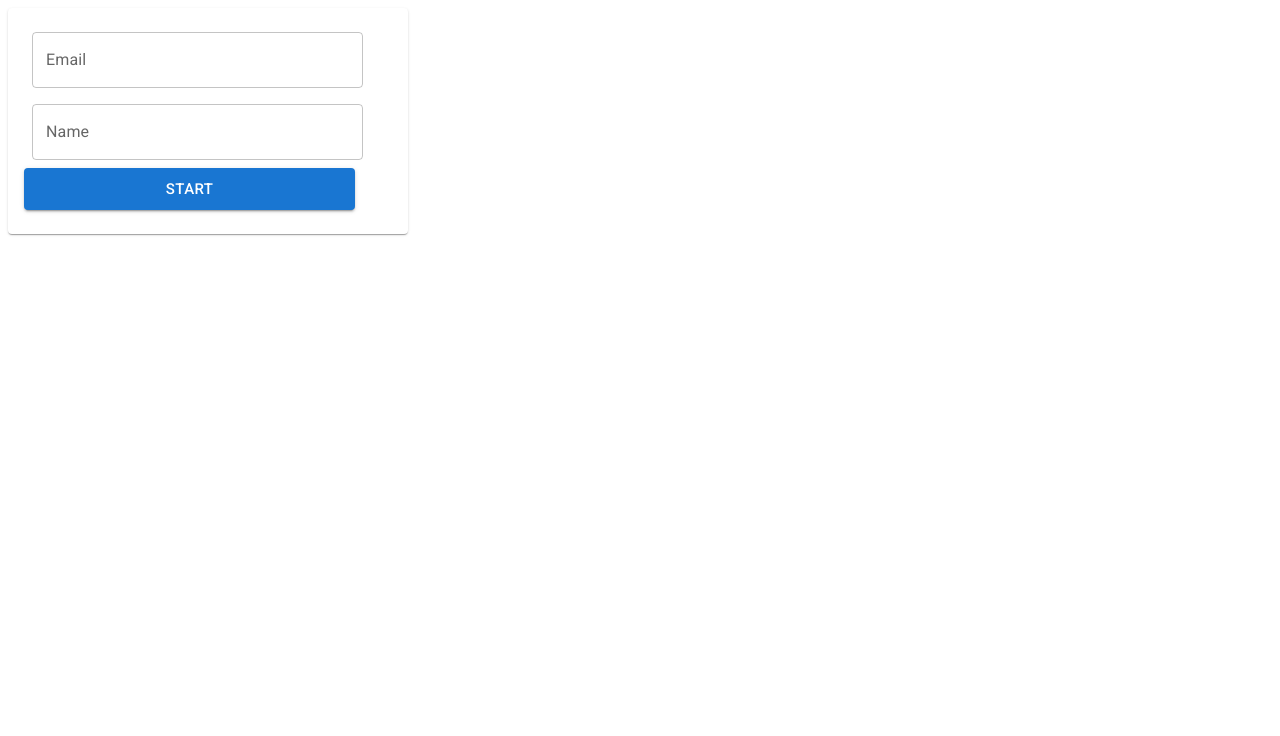
Repository: shikubro90/Quiz-App-React
Page: /
An editor plug-in stored every save of this project. The page is shown before and after a run of saves, followed by the edit.
The browser window is 1280 px wide. The pictures show the whole page.
The project was rebuilt for these pictures with package versions that can differ from the ones it lists, and the page was loaded fresh each time. Also part of the build but not shown: src/index.css, src/App.css.

Above is the page before, as saved 2022-06-25 01:48:37.

After the next 4 saves:
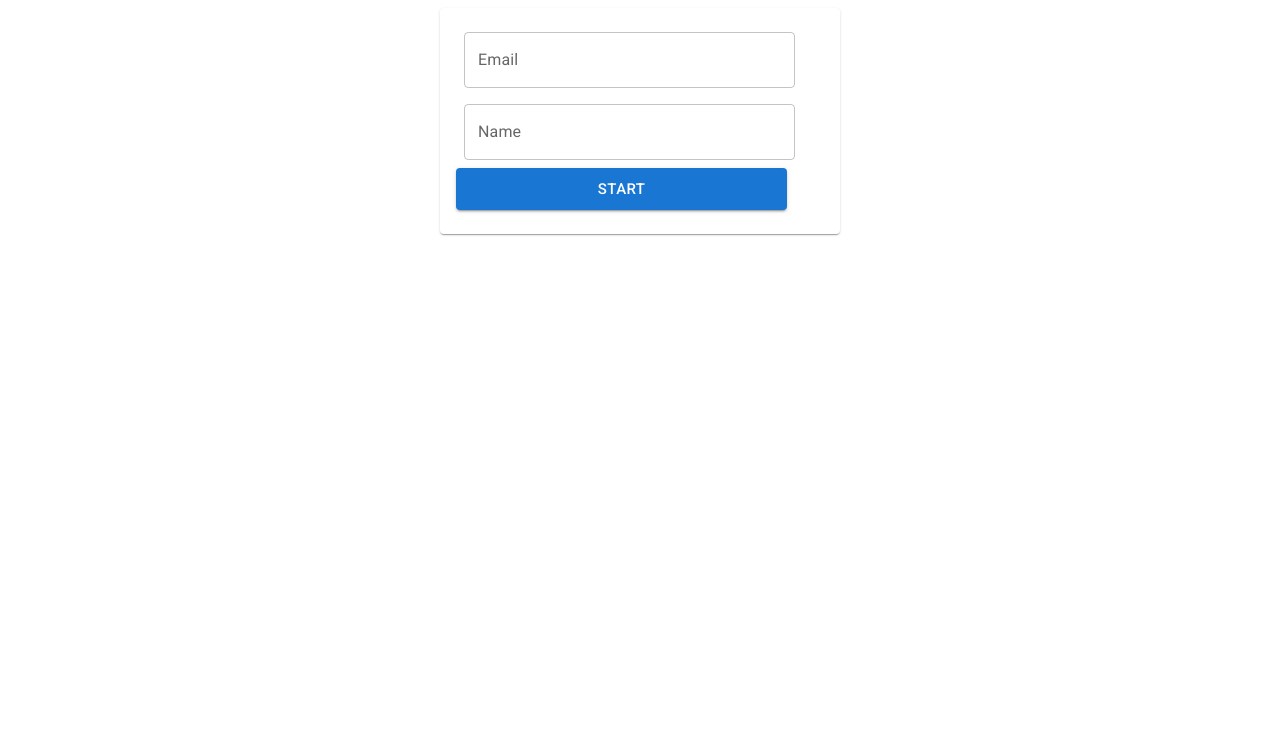
The 4 saves are shown as one change because they came seconds apart.
The last was saved 22 s later.
--- a/src/components/Center.jsx
+++ b/src/components/Center.jsx
@@ -6,7 +6,7 @@ const Center = (props) => {
     <Grid
     container
     alignItem ="center"
-
+    justifyContent="center"
     sx={{minHeight : "100vh"}}>
         <Grid item sx={1}>
             {props.children}
